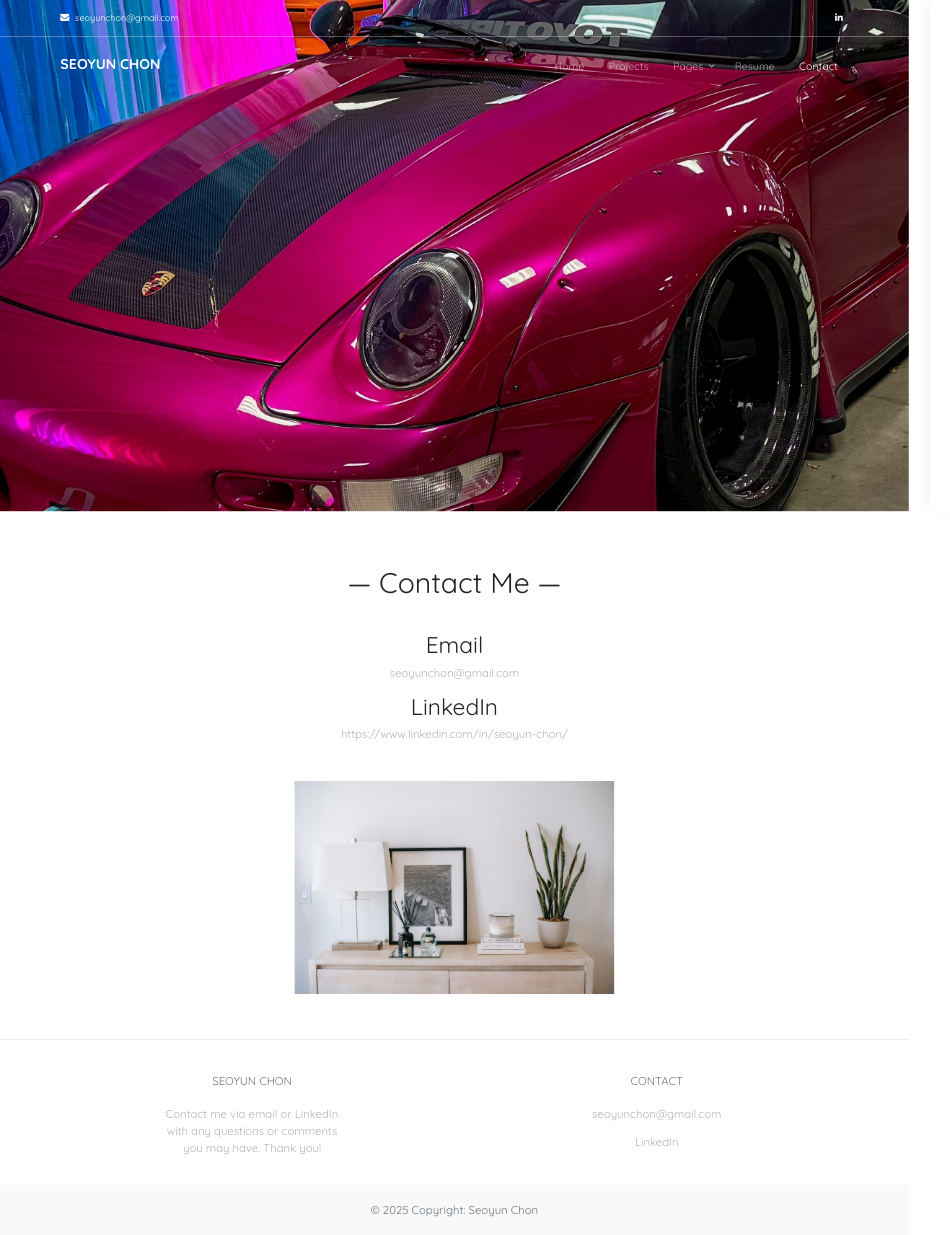
Repository: schon02/seoyun-chon-portfolio
Page: contact_page.html
The author's editor kept a copy of each file at every save. The page is drawn from the files as they stood at one save, then again after the next save.
The browser window is 1280 px wide. The page is 1338 px wide, so the pictures cover 1338 px, including what lies to the right of the window. The pictures show the whole page, at 71% of full size.

Above is the page before, as saved 2025-01-08 23:53:14.

After the next save:
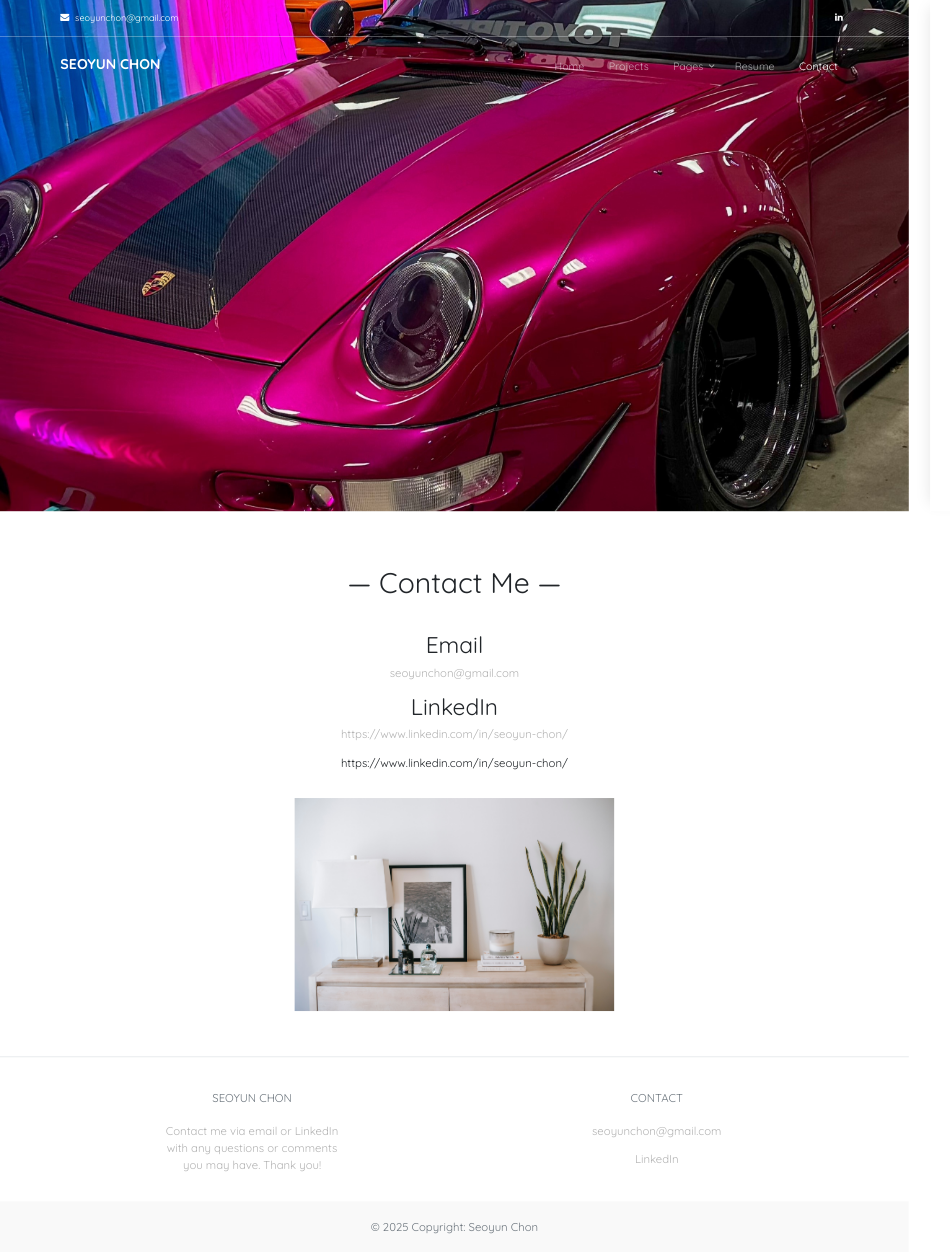
Saved 33 s later.
--- a/contact_page.html
+++ b/contact_page.html
@@ -128,6 +128,8 @@
             <p>seoyunchon@gmail.com</p>
             <h2>LinkedIn</h2>
             <p href="https://www.linkedin.com/in/seoyun-chon/">https://www.linkedin.com/in/seoyun-chon/</p>
+
+            <a href="https://www.linkedin.com/in/seoyun-chon/" class="text-reset"> https://www.linkedin.com/in/seoyun-chon/ </a>
             <!-- <h2>Order-Specific Emails</h2>
             <p>orders@domain.com</p>
             <p>returns@domain.com</p> -->
